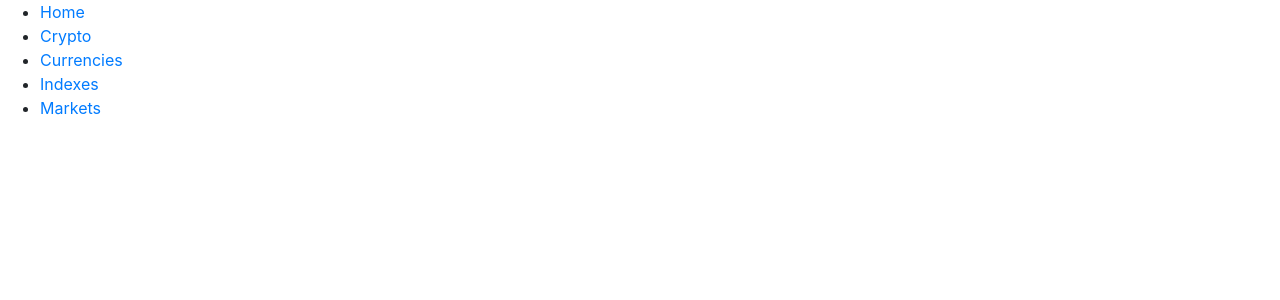
Repository: bjorntirsen/eZorro
Page: /indexes
The author's editor kept a copy of each file at every save. The page is drawn from the files as they stood at one save, then again after the next save.
The browser window is 1280 px wide. The pictures show the whole page.
The project was rebuilt for these pictures with package versions that can differ from the ones it lists, and the page was loaded fresh each time. Also part of the build but not shown: src/App.css, src/pages/CryptoPage.jsx, src/pages/IndexesPage.jsx, src/pages/LandingPage.jsx, src/pages/MarketPage.jsx.

Above is the page before, as saved 2020-12-10 15:18:16.

After the next save:
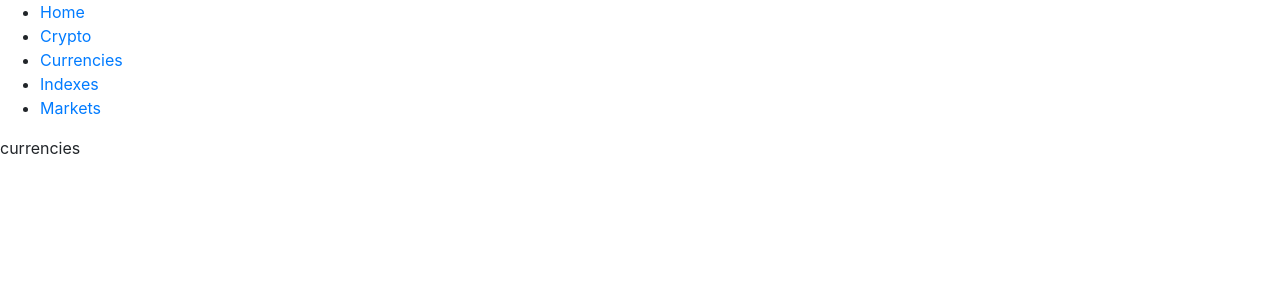
Saved 5 s later.
--- a/src/pages/CurrenciesPage.jsx
+++ b/src/pages/CurrenciesPage.jsx
@@ -3,7 +3,7 @@ import React from 'react'
 export default function CurrenciesPage() {
     return (
         <div>
-
+            currencies
         </div>
     )
 }
